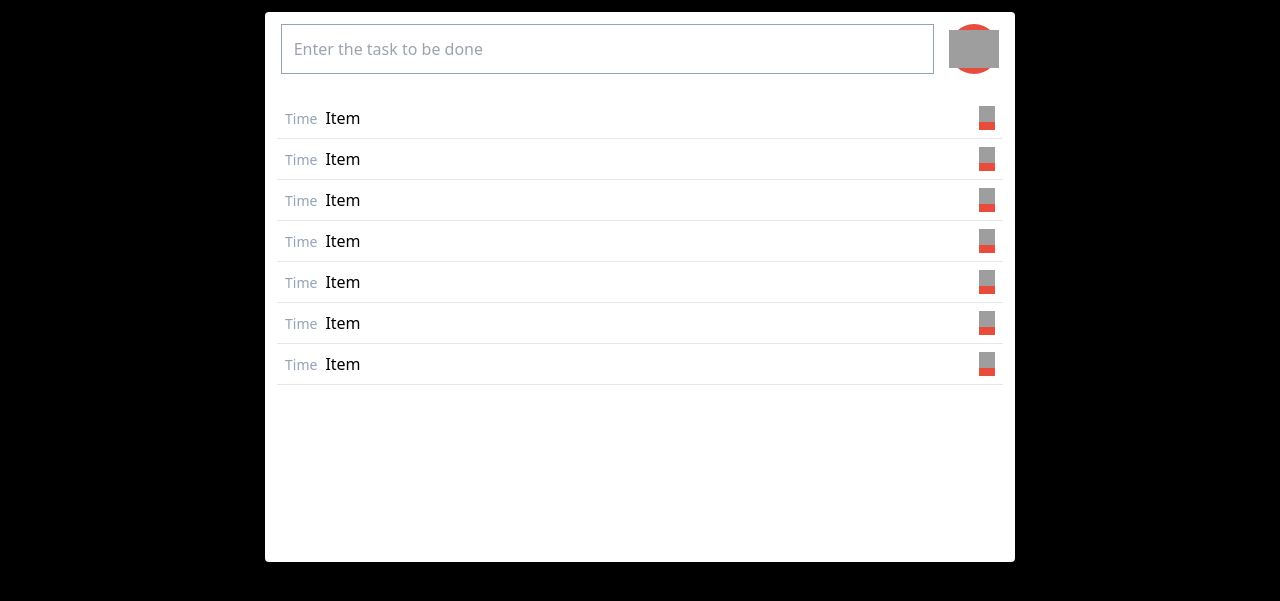
Repository: duttasayan835/todo-app-with-React-and-tailwind-CSS
Page: /, after clicking the first element matching `div.cursor-pointer`
An editor plug-in stored every save of this project. The page is shown before and after a run of saves, followed by the edit.
The browser window is 1280 px wide. The pictures show the whole page.
Pictures or frames that could not be fetched are drawn as grey boxes. The project was rebuilt for these pictures with package versions that can differ from the ones it lists, and the page was loaded fresh each time.

Above is the page before, as saved 2024-06-12 13:11:16.

After the next 2 saves:
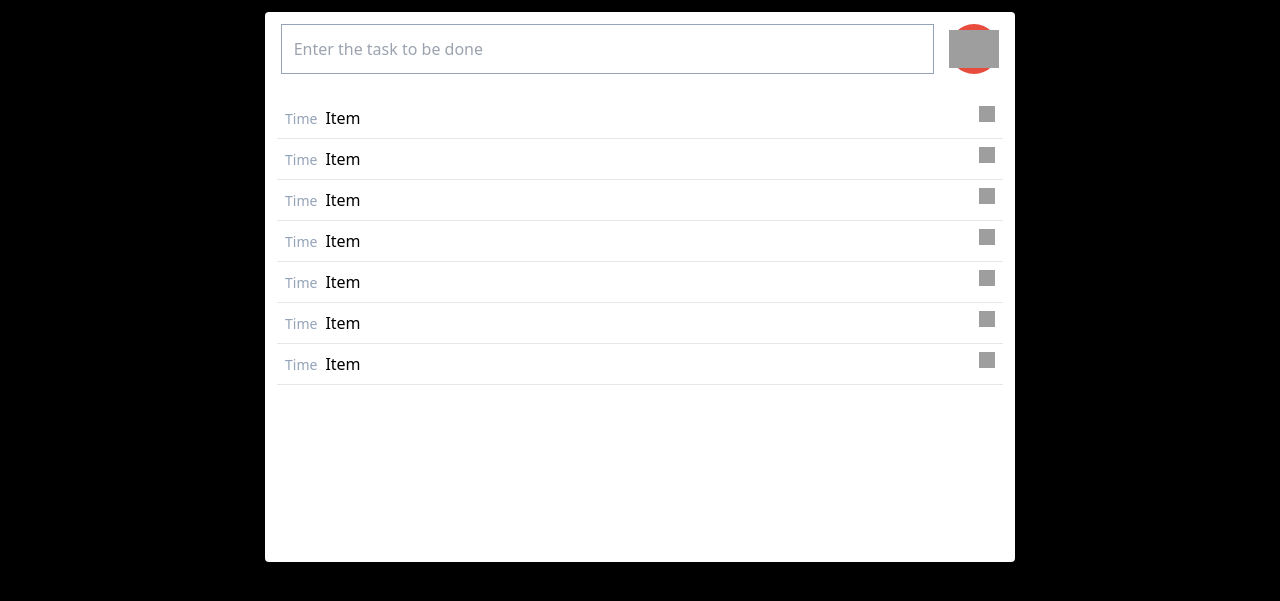
The 2 saves are shown as one change because 1 did not build or start.
The last was saved 40 s later.
--- a/src/Components/Item.jsx
+++ b/src/Components/Item.jsx
@@ -7,9 +7,9 @@ export default function Item() {
         <span className="pr-2 text-[14px] text-slate-400">Time</span>
         <span>Item</span>
       </div>
-      <div className="bg-[#e74c3d] flex items bg-center ">
+      <div className="text-[#e74c3d] flex items bg-center ">
         <img
-          className="flex items-center w-4 h-4"
+          className="w-4 h-4 "
           src="https://icon-library.com/images/trash-icon-vector/trash-icon-vector-19.jpg"
           alt="trash"
         />
